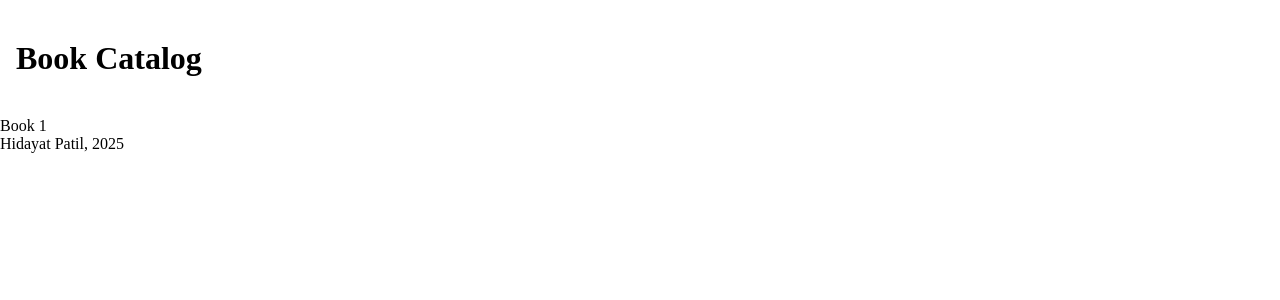
Repository: HidayatPatil/fwd-Week3-Assignment
Page: /
An editor plug-in stored every save of this project. The page is shown before and after the next save, followed by the edit.
The browser window is 1280 px wide. The pictures show the whole page.
The project was rebuilt for these pictures with package versions that can differ from the ones it lists, and the page was loaded fresh each time. Also part of the build but not shown: vite.config.js.

Above is the page before, as saved 2025-09-12 22:55:45.

After the next save:
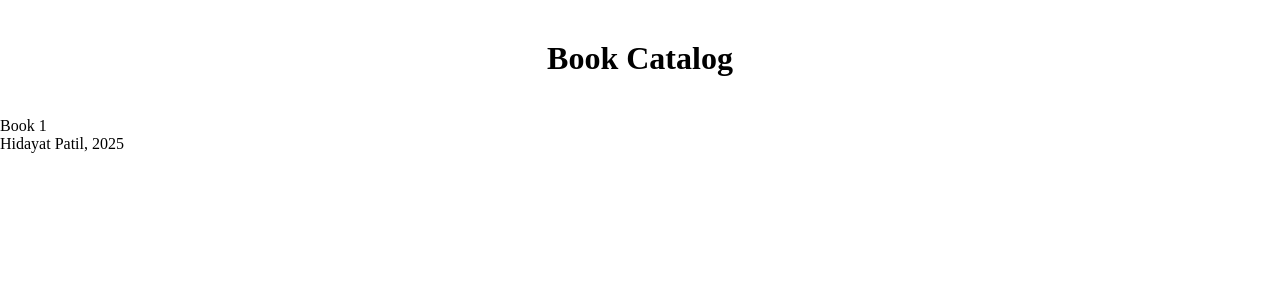
Saved 9 s later.
--- a/src/index.css
+++ b/src/index.css
@@ -7,6 +7,6 @@
 }
 
 .header h1 {
-    width: auto;
+    text-align: center;
     margin: 24px 0;
 }
